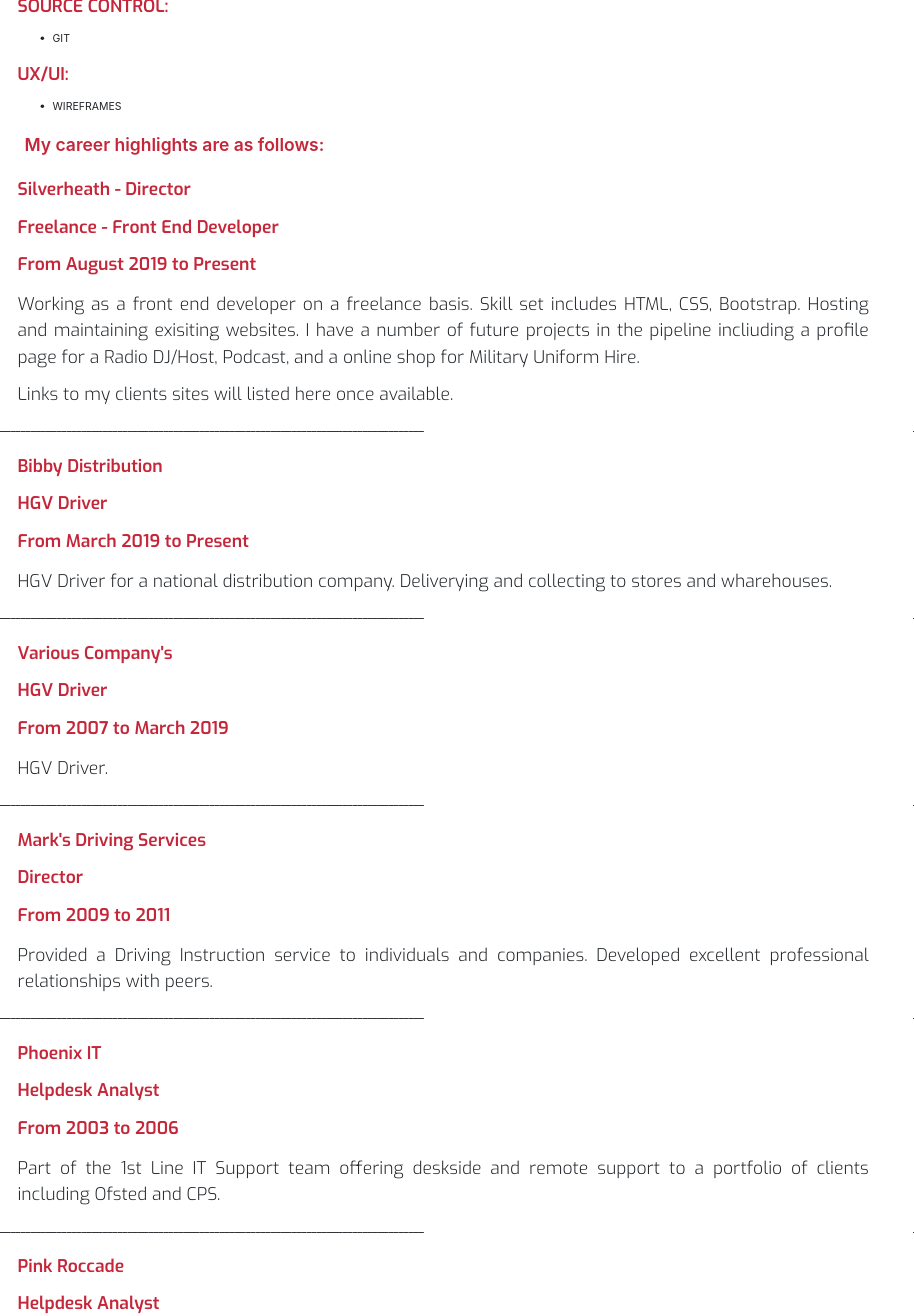
Repository: Code-Institute-Submissions/silverheath
Page: resume.html
The author's editor kept a record of every edit. The page is drawn from the files as they stood at one moment, then again after the next edit.
The browser window is 1280 px wide. The page is 1305 px wide, so the pictures cover 1305 px, including what lies to the right of the window. The pictures show the part of the page from y = 625 to 2505 px (the page is 2807 px tall before and 2798 px after), at 70% of full size.
Some web libraries are served in a nearby version.

Above is the page before.

After the next edit:
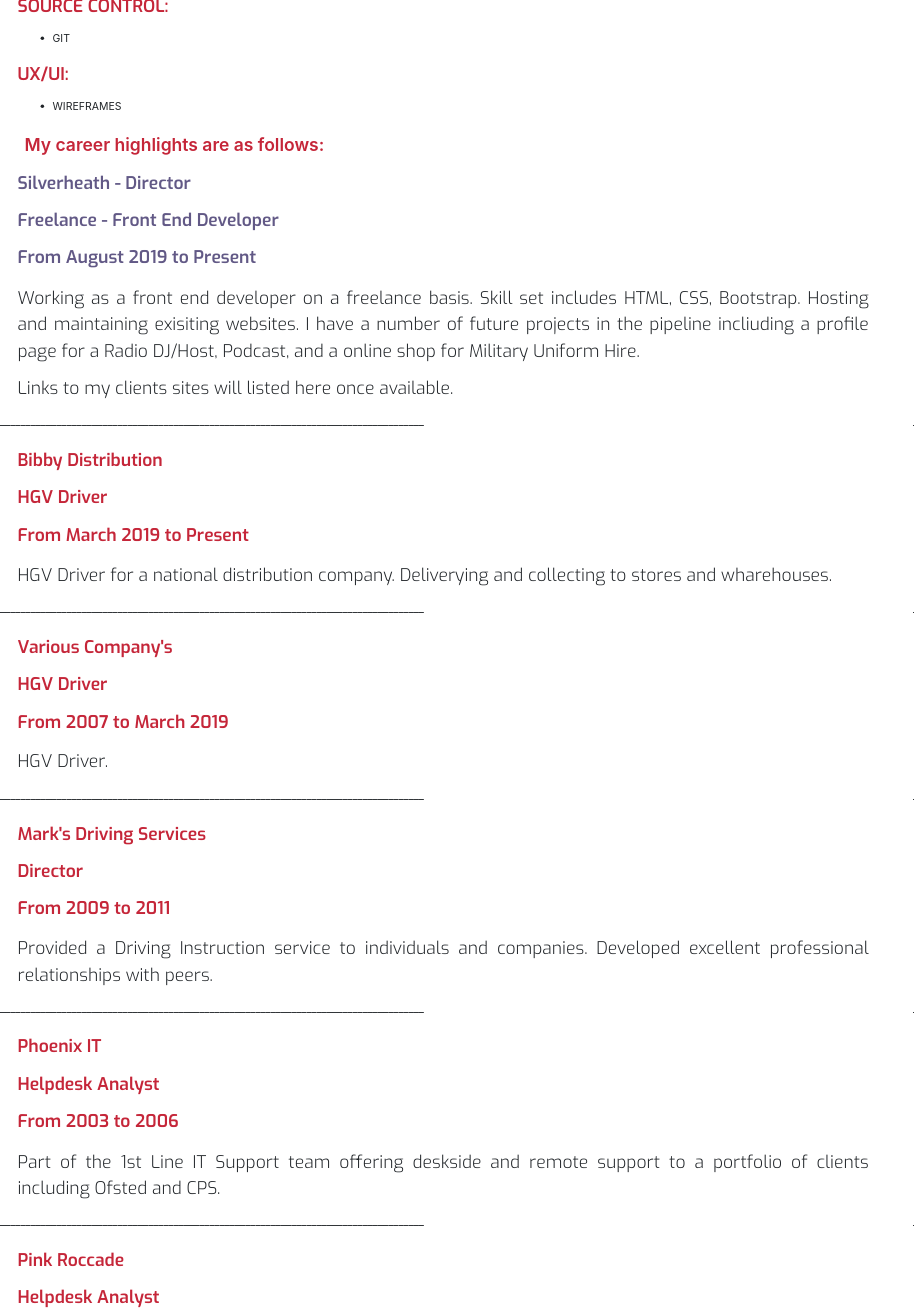
The edit:
--- a/resume.html
+++ b/resume.html
@@ -89,7 +89,7 @@
         <p>My career highlights are as follows:</p>
         <p> </p>
     </div>
-    <div class=about-header>
+    <div class=resume-header>
         <p>Silverheath - Director</p>
         <p>Freelance - Front End Developer</p>
         <p>From August 2019 to Present</p>
